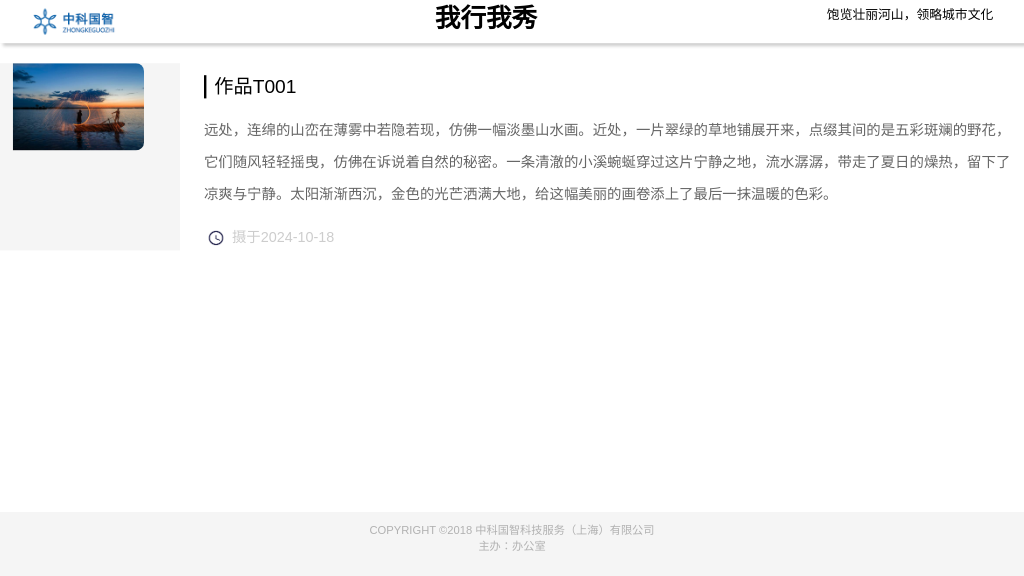
Repository: Scott-9499/zkgzsyds
Page: photo/photo001.html
The author's editor kept a copy of each file at every save. The page is drawn from the files as they stood at one save, then again after the next save.
The browser window is 1280 px wide. The pictures show the whole page, at 80% of full size.

Above is the page before, as saved 2024-11-25 09:14:37.

After the next save:
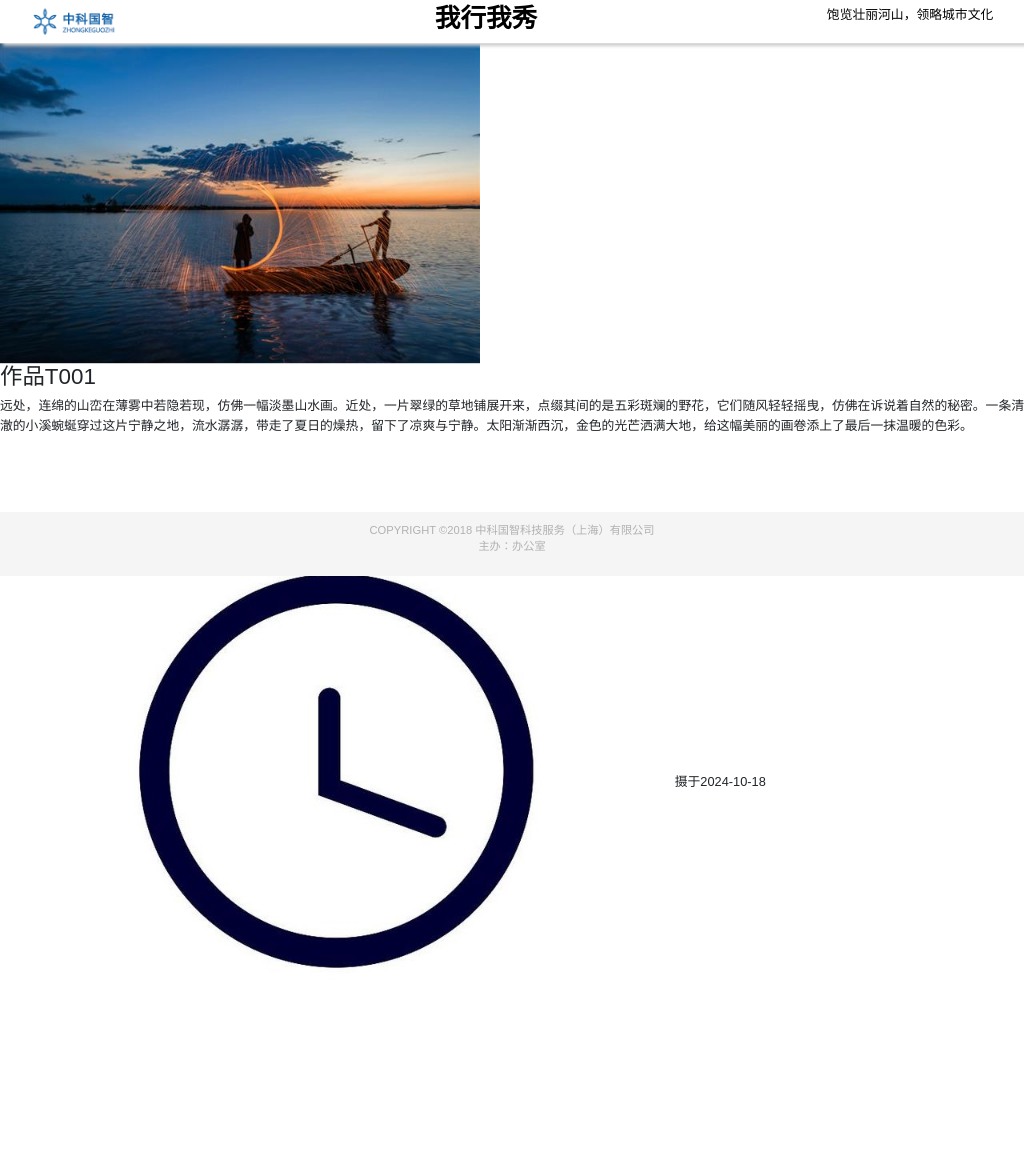
Saved 107 s later.
--- a/css/style-ph.css
+++ b/css/style-ph.css
@@ -104,12 +104,12 @@
     flex-direction: column;
   }
 
-.travel-box-list{
+/* .travel-box-list{
     text-decoration: none;
     background: white;
     border-radius: 10px;
     display: flex;
-    /* padding: 25px 20px; */
+    padding: 25px 20px;
     margin:25px 0px;
 }
 .travel-img{
@@ -152,7 +152,7 @@
     width: 30px;
     height: 30px;
     margin-right: 5px;
-}
+} */
 
 .footer {
     position: absolute;
